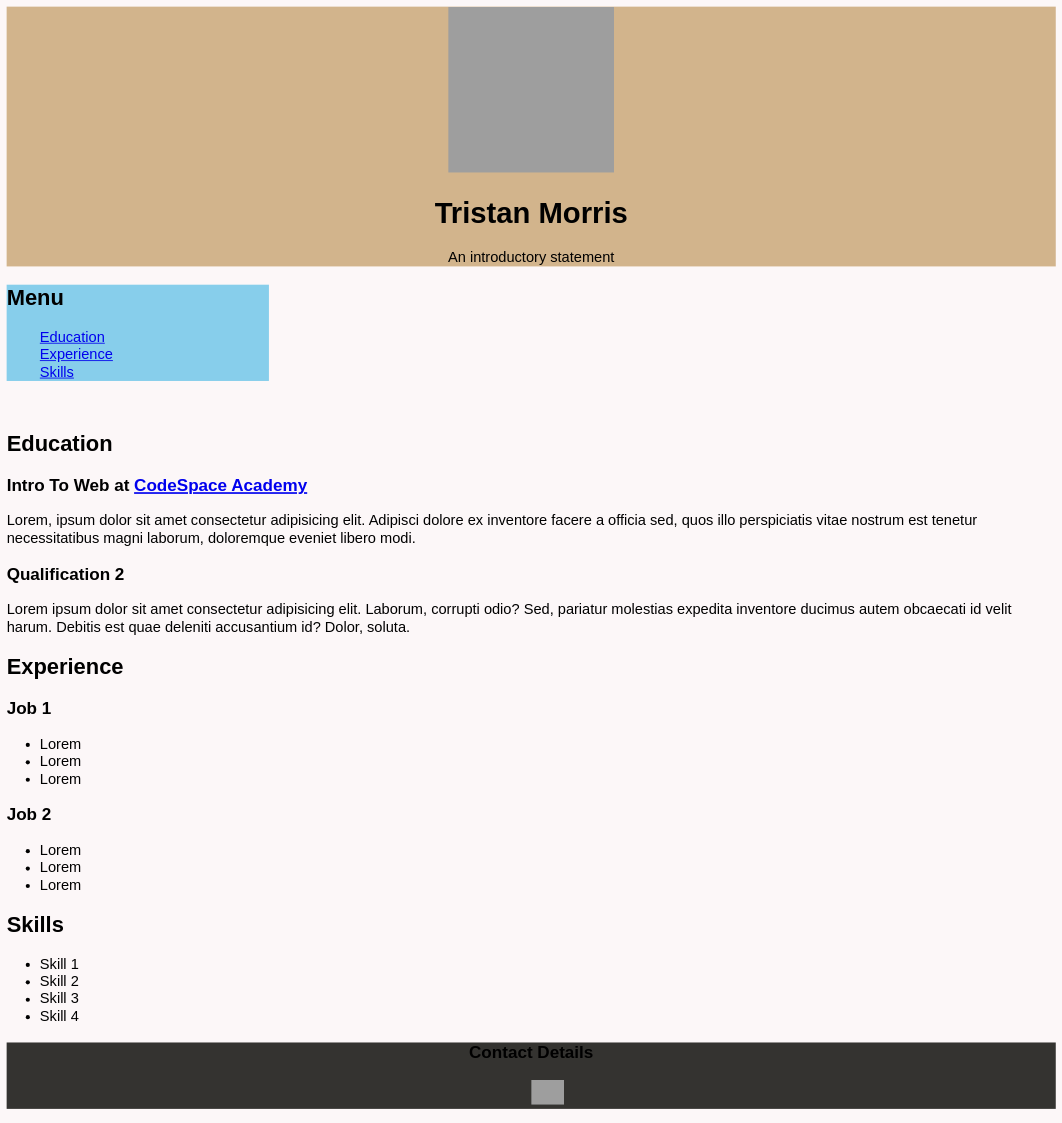
Repository: TristanKMorris/introToWebDesignAssignment
Page: resume1.html
An editor plug-in stored every save of this project. The page is shown before and after the next save, followed by the edit.
The browser window is 1280 px wide. The pictures show the whole page, at 83% of full size.
Pictures or frames that could not be fetched are drawn as grey boxes.

Above is the page before, as saved 2022-06-01 13:38:35.

After the next save:
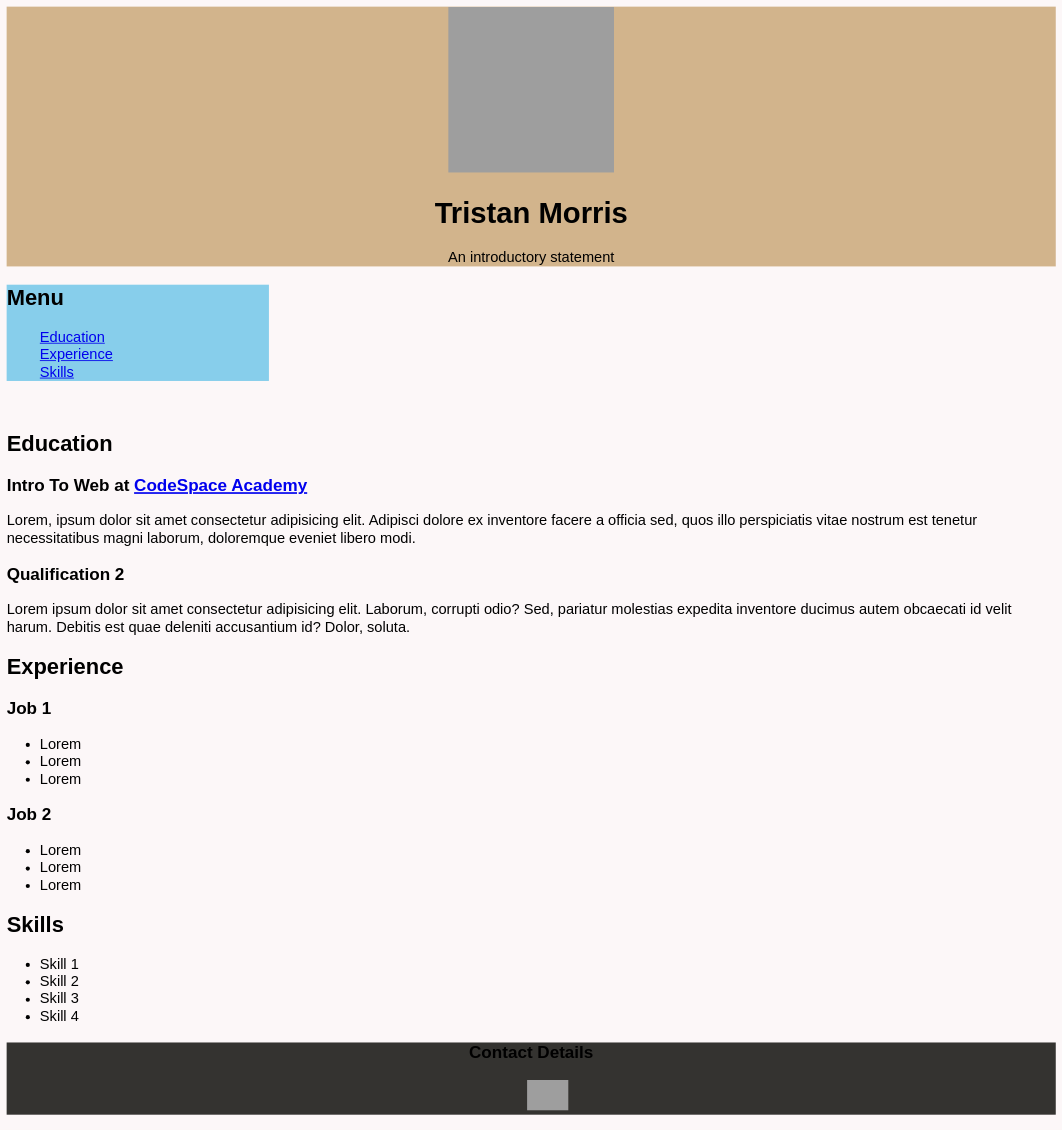
Saved 4 s later.
--- a/resume1.html
+++ b/resume1.html
@@ -80,7 +80,7 @@
          <a href="http://www.instagram.com/tristan_k_morris">
            <img src="images/instagramIcon.png" alt="Tristan Morris Instagram"
 
-           width="40px">
+           width="50px">
 
          </a>
       </ul>
